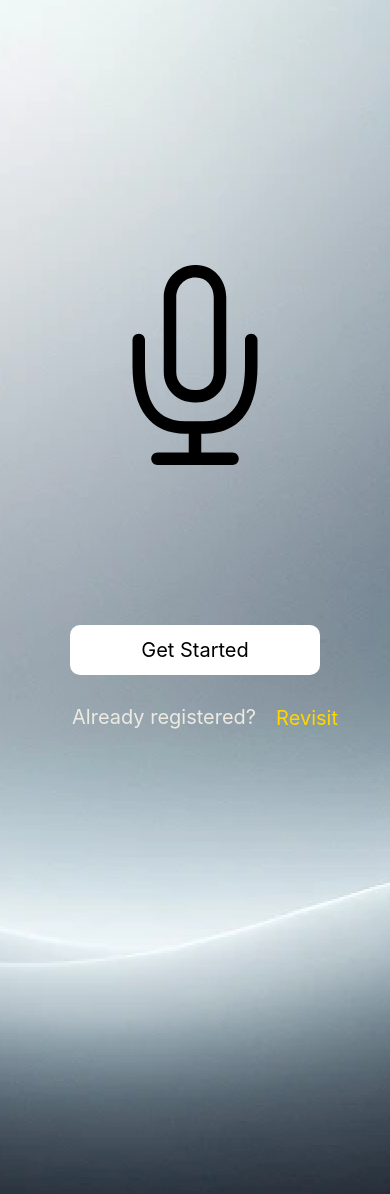
Repository: mortiestmorty1/recordings-app
Screen: / (app in frontend/)
An editor plug-in stored every save of this project. The screen is shown before and after the next save, followed by the edit.
The app was drawn by React Native's web renderer in a window 390 px wide. The project was rebuilt for these pictures with package versions that can differ from the ones it lists, and the page was loaded fresh each time. Also part of the build but not shown: frontend/components/registerUser.js.

Above is the screen before, as saved 2024-03-08 02:06:46.

### frontend/App.js
import { StatusBar } from 'expo-status-bar';
import { StyleSheet, View } from 'react-native';
import RegisterUser from './components/registerUser.js';
import React from 'react';
import FirstScreen from './components/firstscreen.js';

export default function App() {
  const handleRegistrationSuccess = (userData) => {
    console.log('User registered:', userData);
  };

  return (
    <View style={styles.container}>
      <FirstScreen />
      {/* <RegisterUser onSubmit={handleRegistrationSuccess} /> */}
      <StatusBar style="auto" />
    </View>
  );
}

const styles = StyleSheet.create({
  container: {
    flex: 1,
    backgroundColor: '#fff',
    alignItems: 'center',
    justifyContent: 'center',
  },
});

### frontend/components/firstscreen.js
import React from 'react';
import { View, Text, StyleSheet, TouchableOpacity, ImageBackground } from 'react-native';
import { Svg, Path } from 'react-native-svg';
import background from '../assets/background.png'; // Ensure this path is correct

const FirstScreen = () => {
  return (
    <View style={styles.container}>
      <ImageBackground
        source={background}
        resizeMode="cover"
        style={styles.imageBackground}
      >
        <Svg style={styles.logo} fill="#000000" width="200" height="200" viewBox="0 0 1024 1024">
          <Path d="M510.88 704h7.6C607.44 704 672 638.4 672 548.032V166.624C672 73.184 604.56 0 518.466 0h-7.584C423.264 0 352 74.752 352 166.624v381.408C352 636.944 420.304 704 510.88 704zM416 166.624C416 110.032 458.56 64 510.88 64h7.6C569.504 64 608 108.128 608 166.624v381.408C608 603.024 572.032 640 518.464 640h-7.584c-55.872 0-94.88-37.808-94.88-91.968zM800 352c-17.68 0-32 14.336-32 32v133.072c0 190.4-67.968 282.929-207.744 282.929H465.12c-182.8 0-209.12-153.84-209.12-282.928V384.001c0-17.664-14.336-32-32-32s-32 14.336-32 32v133.072c0 220.496 91.888 346.928 273.12 346.928H480v96H320c-17.664 0-32 14.336-32 32s14.336 32 32 32h384c17.664 0 32-14.336 32-32s-14.336-32-32-32H544v-96h16.256C684.224 864.001 832 803.809 832 517.072V384c0-17.664-14.32-32-32-32z" />
        </Svg>
        <View style={styles.content}>
          <TouchableOpacity style={styles.btn1} onPress={() => console.log("Get Started pressed")}>
            <Text style={styles.btnText1}>Get Started</Text>
          </TouchableOpacity>
        <View style={styles.simple}>
          <Text style={styles.text}>Already registered?</Text>
          <TouchableOpacity style={styles.btn2} onPress={() => console.log("Revisit pressed")}>
            <Text style={styles.btnText2}>Revisit</Text>
          </TouchableOpacity>
          </View>
        </View>
      </ImageBackground>
    </View>
  );
};

const styles = StyleSheet.create({
  container: {
    flex: 1,
    width: '100%',
    height: '100%',
    justifyContent: 'center',
    alignItems: 'center',
  },
  imageBackground: {
    flex: 1,
    width: '100%',
    justifyContent: 'center',
    alignItems: 'center',
  },
  logo: {
    bottom: 100,
  },
  text: {
    fontSize: 20,
    margin: 20,
    color: '#ECEAE2',
  },
  content: {
    justifyContent: 'center',
    alignItems: 'center',
    top: 170,
  },
  btn1: {
    width: 250,
    height: 50,
    backgroundColor: 'white',
    borderRadius: 10,
    justifyContent: 'center',
    alignItems: 'center',
    bottom: 10,
  },
  btnText1: {
    color: 'black',
    fontSize: 20,
    fontWeight: 'heavy',
  },
  simple:{
    flexDirection: 'row', // Aligns children (text and button) horizontally
    alignItems: 'center',
  },
  btn2: {
    height: 50,
    justifyContent: 'center',
    alignItems: 'center',
    top: 1,
  },
    btnText2: {
        color: 'black',
        fontSize: 20,
        fontWeight: 'heavy',
        color:'gold',
    },
});

export default FirstScreen;

After the next save:
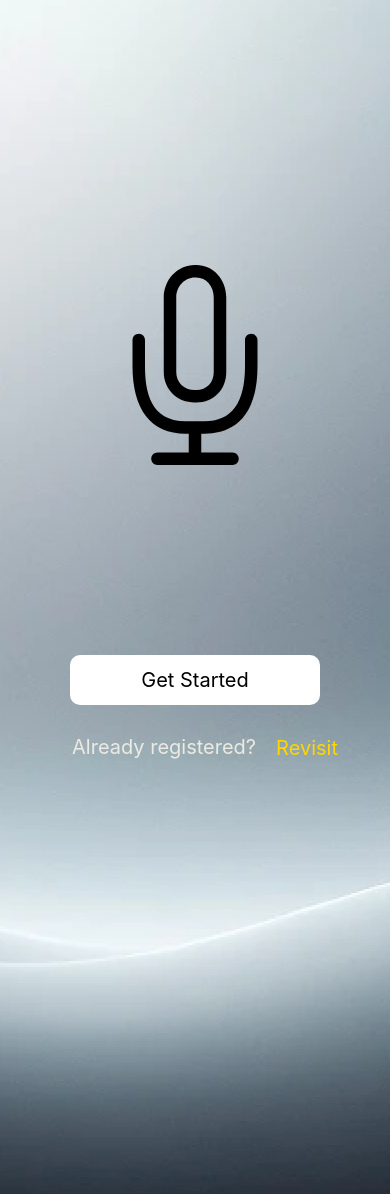
Saved 6 s later.
--- a/frontend/components/firstscreen.js
+++ b/frontend/components/firstscreen.js
@@ -55,7 +55,7 @@ const styles = StyleSheet.create({
   content: {
     justifyContent: 'center',
     alignItems: 'center',
-    top: 170,
+    top: 200,
   },
   btn1: {
     width: 250,
